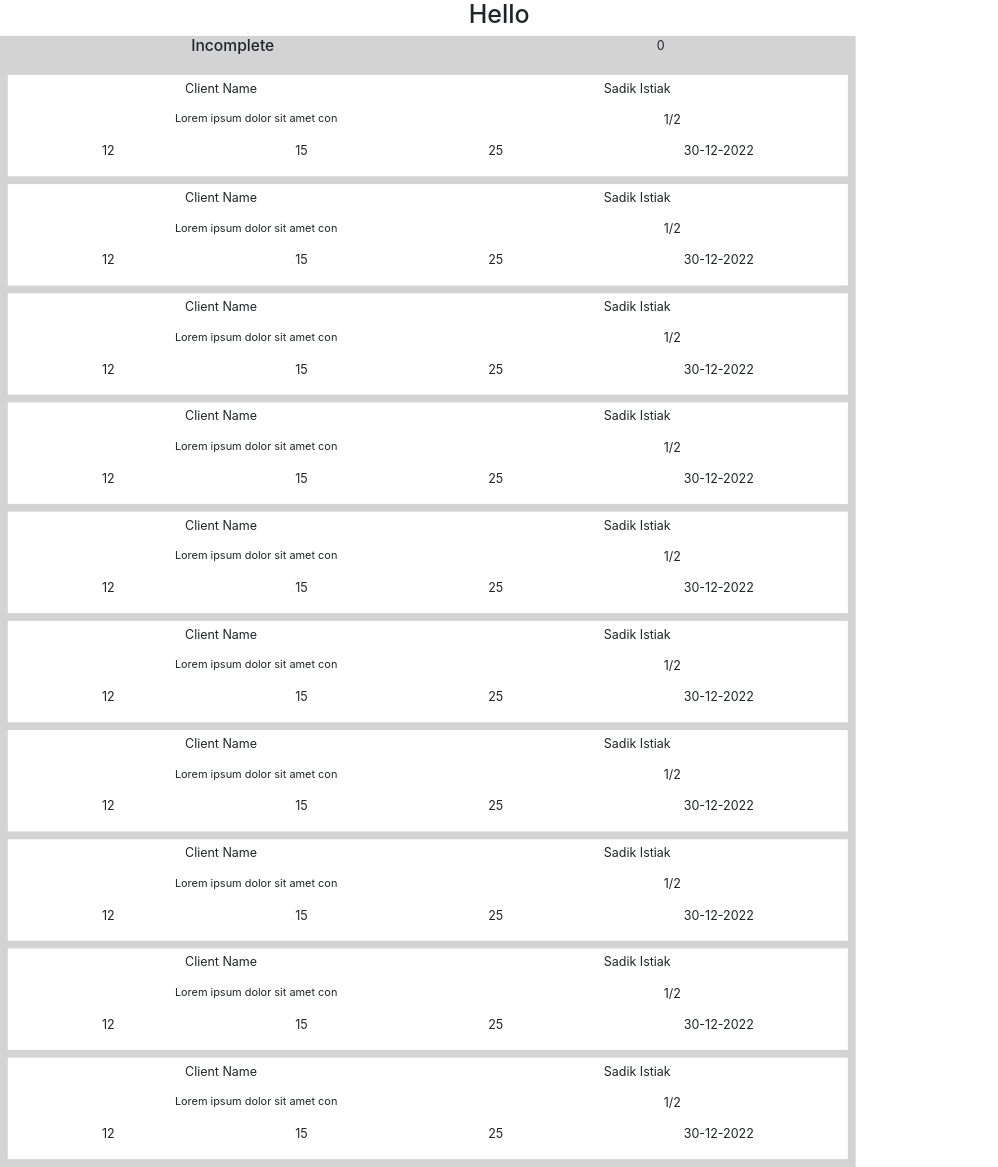
Repository: Sharif-00112/dashboard-task-frontend
Page: /
The author's editor kept a copy of each file at every save. The page is drawn from the files as they stood at one save, then again after the next save.
The browser window is 1280 px wide. The pictures show the whole page, at 78% of full size.
The project was rebuilt for these pictures with package versions that can differ from the ones it lists, and the page was loaded fresh each time.

Above is the page before, as saved 2023-01-27 23:52:49.

### src/index.js
import React from 'react';
import 'bootstrap/dist/css/bootstrap.css';
import ReactDOM from 'react-dom/client';
import './index.css';
import App from './App';
import reportWebVitals from './reportWebVitals';

const root = ReactDOM.createRoot(document.getElementById('root'));
root.render(
  <React.StrictMode>
    <App />
  </React.StrictMode>
);

// If you want to start measuring performance in your app, pass a function
// to log results (for example: reportWebVitals(console.log))
// or send to an analytics endpoint. Learn more: https://bit.ly/CRA-vitals
reportWebVitals();

### src/App.js
import './App.css';
import Dashboard from './Components/Dashboard';

function App() {
  return (
    <div className="App">

      <h2>Hello</h2>
      <Dashboard></Dashboard>
    </div>
  );
}

export default App;

### src/Components/Dashboard.js
import React from 'react';
import Incomplete from './Incomplete';

const Dashboard = () => {
    return (
        <div className='dashboard'>
            <Incomplete></Incomplete>
        </div>
    );
};

export default Dashboard;

### src/Components/Incomplete.js
import React, { useState } from 'react';
import { useEffect } from 'react';
import './styles.css';
import Task from './Task';

const Incomplete = () => {
    const [tasks, setTasks] = useState([]);
    useEffect( ()=> {
        fetch('./tasks.JSON')
        .then(res => res.json())
        .then(data => setTasks(data))
    } ,[])
    return (
        <div className='background'>
            <div className="task-part">
                <h5>Incomplete</h5>
                <p>0</p>
            </div>
            <div className="section-container">
                <div className="task-container">
                    {
                        tasks.map(task => <Task
                            key={task.taskNo}
                            task={task}
                        ></Task>)
                    }
                </div>
            </div>
        </div>
    );
};

export default Incomplete;

### src/Components/styles.css
.background{
    background-color: lightgray;
}

.task-part{
    display: flex;
    justify-content: space-around
}

.task{
    background-color: white;
    margin: 10px;
    padding: 5px;
}

.dashboard{
    display: grid;
    grid-template-columns: 6fr 1fr;
}

### src/Components/Task.js
import React from 'react';
import './styles.css';

const Task = (props) => {
    const {clientName, clientImg, supervisorName, supervisorImg, taskSummary, progress, staff1Img, staff2Img, modules, message, attachment, date} = props.task;
    return (
        <div className='task'>
            <div className="task-part">
                <p>{clientName}</p>
                <p>{supervisorName}</p>
            </div>
            <div className="task-part">
                <small>{taskSummary.substring(0,30)}</small>
                <p>{progress}</p>
            </div>
            <div className="task-part">
                <p>{modules}</p>
                <p>{message}</p>
                <p>{attachment}</p>
                <p>{date}</p>
            </div>
        </div>
    );
};

export default Task;

### public/tasks.JSON
[
  {
    "taskNo": 1,
    "clientName": "Client Name",
    "clientImg": "clientIMG.jpg",
    "supervisorName": "Sadik Istiak",
    "supervisorImg": "supervisorIMG.jpg",
    "taskSummary": "Lorem ipsum dolor sit amet consectetur adipisicing elit. Pariatur velit nemo accusamus. Dolorum, doloribus quisquam unde repellat iusto voluptatum quasi?",
    "progress": "1/2",
    "staff1Img": "staff1.jpg",
    "staff2Img": "staff2.jpg",
    "modules": 12,
    "message": 15,
    "attachment": 25,
    "date": "30-12-2022"
  },
  {
    "taskNo": 2,
    "clientName": "Client Name",
    "clientImg": "clientIMG.jpg",
    "supervisorName": "Sadik Istiak",
    "supervisorImg": "supervisorIMG.jpg",
    "taskSummary": "Lorem ipsum dolor sit amet consectetur adipisicing elit. Pariatur velit nemo accusamus. Dolorum, doloribus quisquam unde repellat iusto voluptatum quasi?",
    "progress": "1/2",
    "staff1Img": "staff1.jpg",
    "staff2Img": "staff2.jpg",
    "modules": 12,
    "message": 15,
    "attachment": 25,
    "date": "30-12-2022"
  },
  {
    "taskNo": 3,
    "clientName": "Client Name",
    "clientImg": "clientIMG.jpg",
    "supervisorName": "Sadik Istiak",
    "supervisorImg": "supervisorIMG.jpg",
    "taskSummary": "Lorem ipsum dolor sit amet consectetur adipisicing elit. Pariatur velit nemo accusamus. Dolorum, doloribus quisquam unde repellat iusto voluptatum quasi?",
    "progress": "1/2",
    "staff1Img": "staff1.jpg",
    "staff2Img": "staff2.jpg",
    "modules": 12,
    "message": 15,
    "attachment": 25,
    "date": "30-12-2022"
  },
  {
    "taskNo": 4,
    "clientName": "Client Name",
    "clientImg": "clientIMG.jpg",
    "supervisorName": "Sadik Istiak",
    "supervisorImg": "supervisorIMG.jpg",
    "taskSummary": "Lorem ipsum dolor sit amet consectetur adipisicing elit. Pariatur velit nemo accusamus. Dolorum, doloribus quisquam unde repellat iusto voluptatum quasi?",
    "progress": "1/2",
    "staff1Img": "staff1.jpg",
    "staff2Img": "staff2.jpg",
    "modules": 12,
    "message": 15,
    "attachment": 25,
    "date": "30-12-2022"
  },
  {
    "taskNo": 5,
    "clientName": "Client Name",
    "clientImg": "clientIMG.jpg",
    "supervisorName": "Sadik Istiak",
    "supervisorImg": "supervisorIMG.jpg",
    "taskSummary": "Lorem ipsum dolor sit amet consectetur adipisicing elit. Pariatur velit nemo accusamus. Dolorum, doloribus quisquam unde repellat iusto voluptatum quasi?",
    "progress": "1/2",
    "staff1Img": "staff1.jpg",
    "staff2Img": "staff2.jpg",
    "modules": 12,
    "message": 15,
    "attachment": 25,
    "date": "30-12-2022"
  },
  {
    "taskNo": 6,
    "clientName": "Client Name",
    "clientImg": "clientIMG.jpg",
    "supervisorName": "Sadik Istiak",
    "supervisorImg": "supervisorIMG.jpg",
    "taskSummary": "Lorem ipsum dolor sit amet consectetur adipisicing elit. Pariatur velit nemo accusamus. Dolorum, doloribus quisquam unde repellat iusto voluptatum quasi?",
    "progress": "1/2",
    "staff1Img": "staff1.jpg",
    "staff2Img": "staff2.jpg",
    "modules": 12,
    "message": 15,
    "attachment": 25,
    "date": "30-12-2022"
  },
  {
    "taskNo": 7,
    "clientName": "Client Name",
    "clientImg": "clientIMG.jpg",
    "supervisorName": "Sadik Istiak",
    "supervisorImg": "supervisorIMG.jpg",
    "taskSummary": "Lorem ipsum dolor sit amet consectetur adipisicing elit. Pariatur velit nemo accusamus. Dolorum, doloribus quisquam unde repellat iusto voluptatum quasi?",
    "progress": "1/2",
    "staff1Img": "staff1.jpg",
    "staff2Img": "staff2.jpg",
    "modules": 12,
    "message": 15,
    "attachment": 25,
    "date": "30-12-2022"
  },
  {
    "taskNo": 8,
    "clientName": "Client Name",
    "clientImg": "clientIMG.jpg",
    "supervisorName": "Sadik Istiak",
    "supervisorImg": "supervisorIMG.jpg",
    "taskSummary": "Lorem ipsum dolor sit amet consectetur adipisicing elit. Pariatur velit nemo accusamus. Dolorum, doloribus quisquam unde repellat iusto voluptatum quasi?",
    "progress": "1/2",
    "staff1Img": "staff1.jpg",
    "staff2Img": "staff2.jpg",
    "modules": 12,
    "message": 15,
    "attachment": 25,
    "date": "30-12-2022"
  },
  {
    "taskNo": 9,
    "clientName": "Client Name",
    "clientImg": "clientIMG.jpg",
    "supervisorName": "Sadik Istiak",
    "supervisorImg": "supervisorIMG.jpg",
    "taskSummary": "Lorem ipsum dolor sit amet consectetur adipisicing elit. Pariatur velit nemo accusamus. Dolorum, doloribus quisquam unde repellat iusto voluptatum quasi?",
    "progress": "1/2",
    "staff1Img": "staff1.jpg",
    "staff2Img": "staff2.jpg",
    "modules": 12,
    "message": 15,
    "attachment": 25,
    "date": "30-12-2022"
  },
  {
    "taskNo": 10,
    "clientName": "Client Name",
    "clientImg": "clientIMG.jpg",
    "supervisorName": "Sadik Istiak",
    "supervisorImg": "supervisorIMG.jpg",
    "taskSummary": "Lorem ipsum dolor sit amet consectetur adipisicing elit. Pariatur velit nemo accusamus. Dolorum, doloribus quisquam unde repellat iusto voluptatum quasi?",
    "progress": "1/2",
    "staff1Img": "staff1.jpg",
    "staff2Img": "staff2.jpg",
    "modules": 12,
    "message": 15,
    "attachment": 25,
    "date": "30-12-2022"
  }
]

Loaded but not shown: public/index.html (common file); src/index.css (common file); src/reportWebVitals.js (common file); src/App.css (common file)

After the next save:
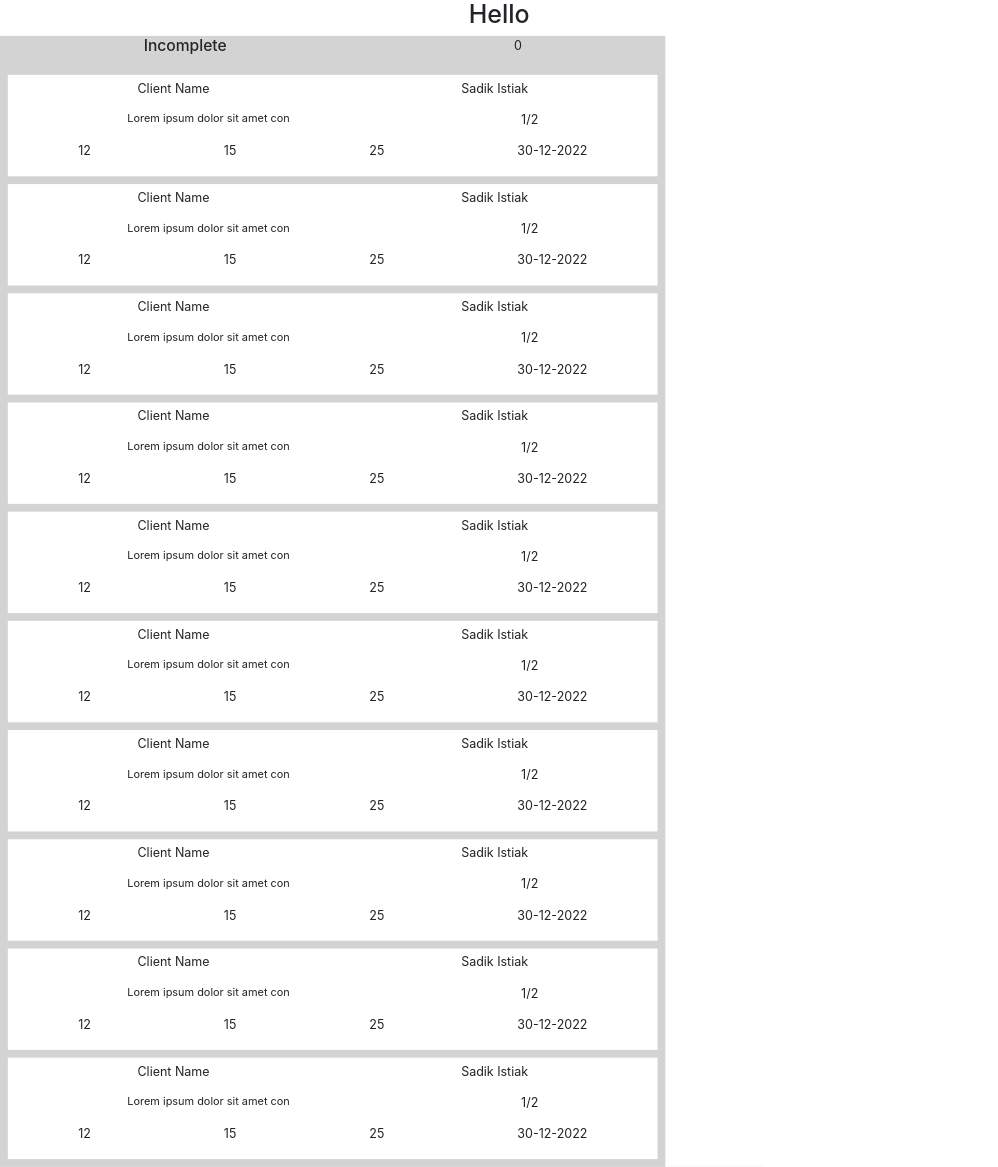
Saved 19 s later.
--- a/src/Components/styles.css
+++ b/src/Components/styles.css
@@ -15,5 +15,5 @@
 
 .dashboard{
     display: grid;
-    grid-template-columns: 6fr 1fr;
+    grid-template-columns: 2fr 1fr;
 }

After the save that followed:
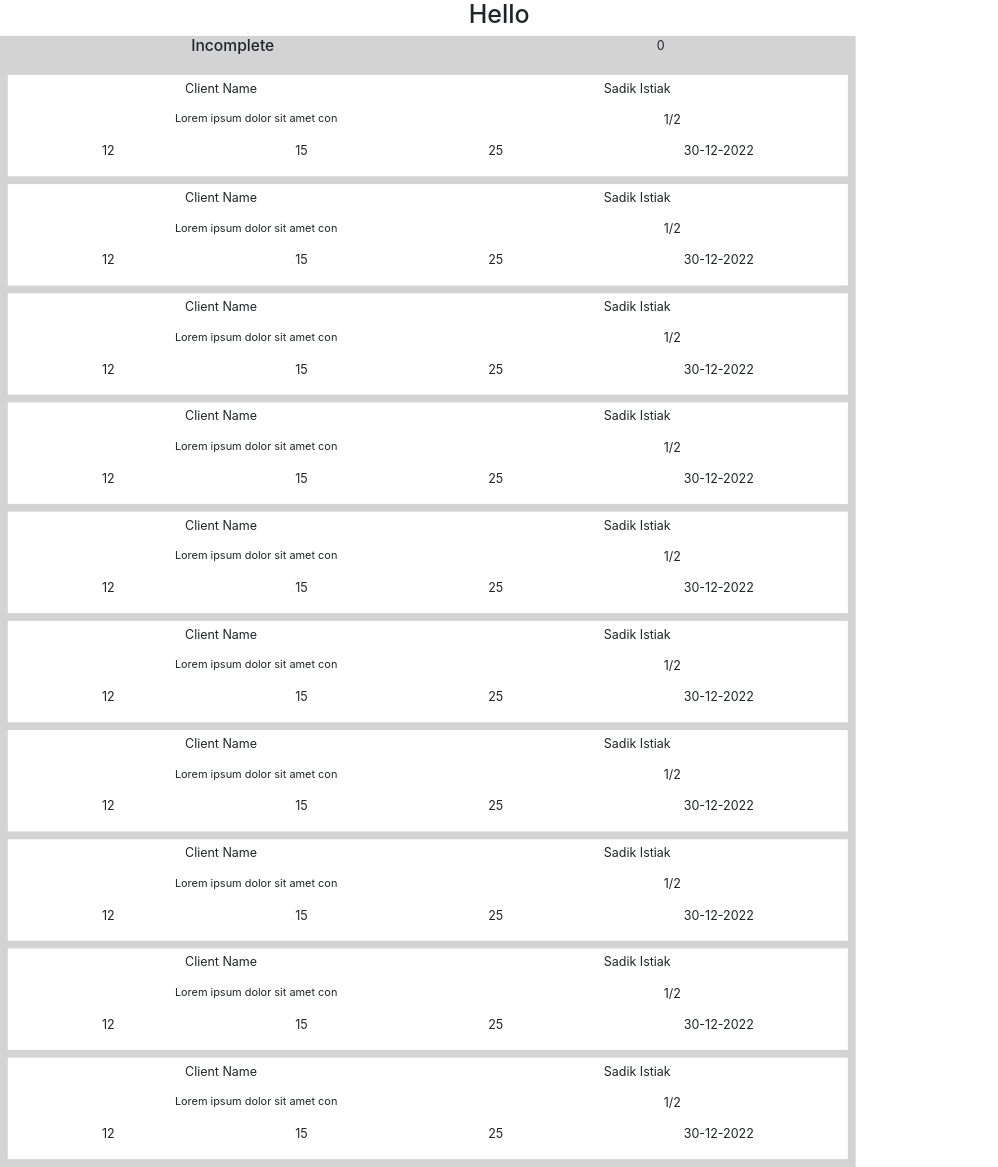
Saved 18 s later.
--- a/src/Components/styles.css
+++ b/src/Components/styles.css
@@ -15,5 +15,5 @@
 
 .dashboard{
     display: grid;
-    grid-template-columns: 2fr 1fr;
+    grid-template-columns: 6fr 1fr;
 }
